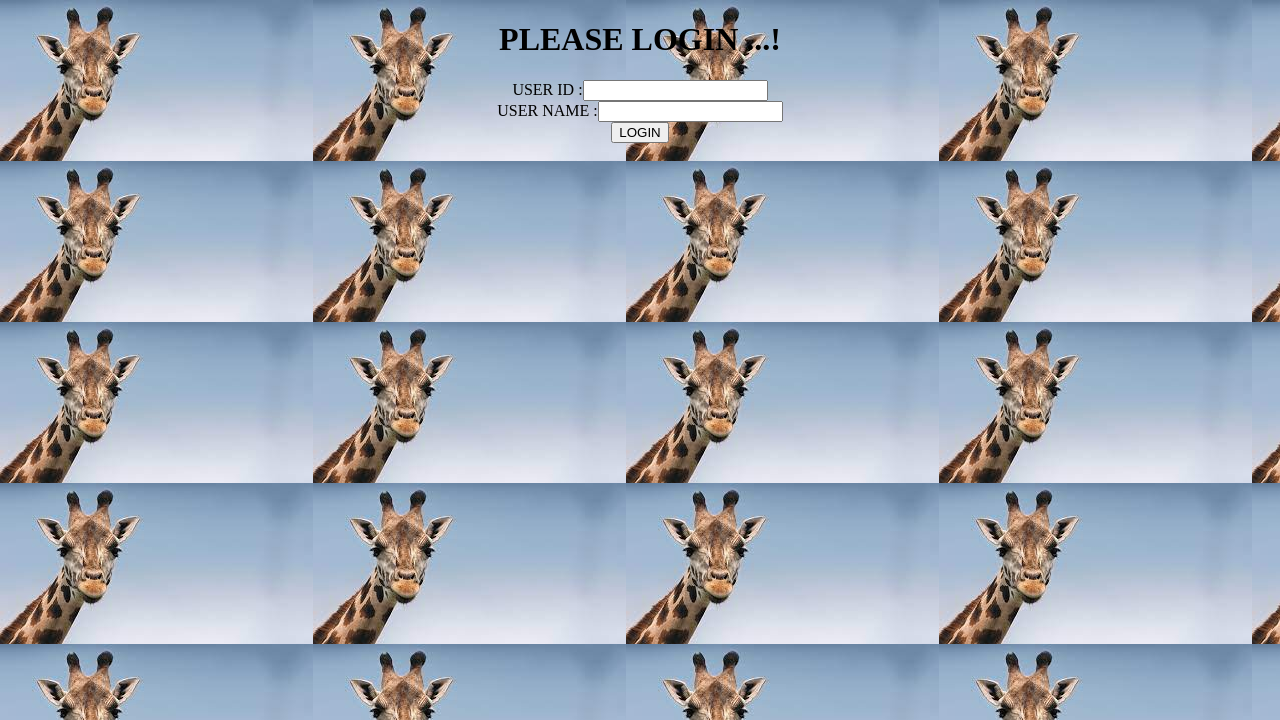
Repository: Thaneshwara848/E-Y
Page: Jdbc-Servlet-Jsp/Webemo5/src/main/webapp/LoginPage.html
These files come from the project's save history. The page is drawn as it stood at one moment and after the next save; the edit follows.
The browser window is 1280 px wide. The pictures show the whole page.

Above is the page before, as saved 2023-05-22 06:38:04.

### Jdbc-Servlet-Jsp/Webemo5/src/main/webapp/LoginPage.html
<!DOCTYPE html>
<html>
<head>
<meta charset="UTF-8">
<title>Insert title here</title>
<style type="text/css">
	body{
	background-image: url("ey.jpg");

	}
</style>
</head>
<body >
<div style="text-align: center;">

	<form action="Login" method="POST">
	<h1> PLEASE LOGIN ...!</h1>
		USER ID :<input type="text" name="uname"><br>
		USER NAME :<input type="text" name="upass"><br>

		<input type="submit" value="LOGIN">
	</form>

</div>

</body>
</html>

After the next save:
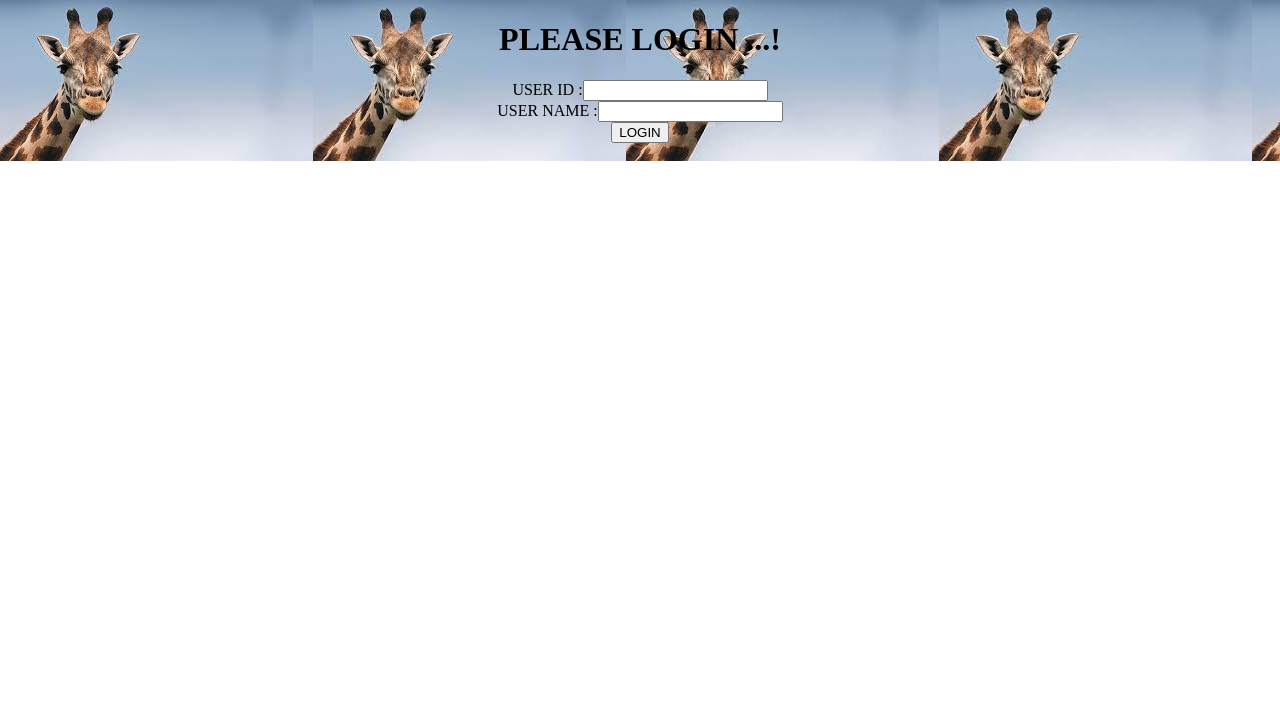
Saved 30 s later.
--- a/Jdbc-Servlet-Jsp/Webemo5/src/main/webapp/LoginPage.html
+++ b/Jdbc-Servlet-Jsp/Webemo5/src/main/webapp/LoginPage.html
@@ -6,6 +6,7 @@
 <style type="text/css">
 	body{
 	background-image: url("ey.jpg");
+	background-repeat: repeat-x;
 
 	}
 </style>
